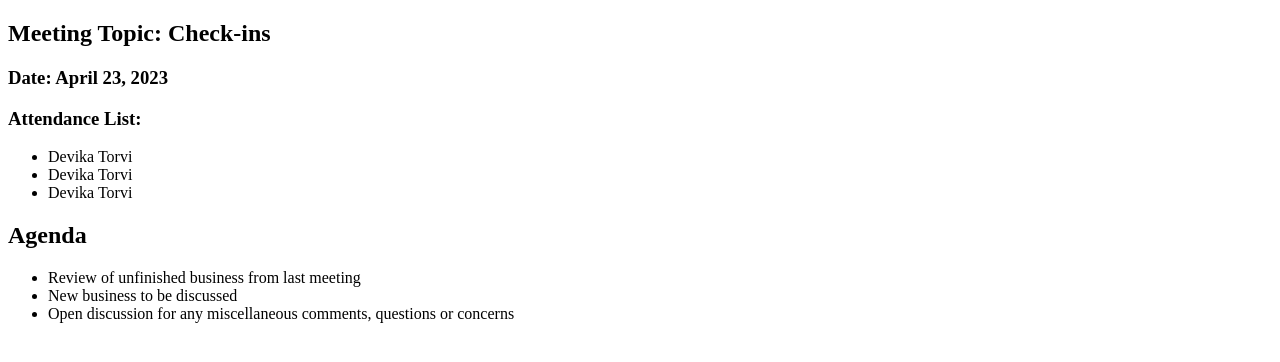
Repository: dtorvi/sp23-cse110-lab3
Page: index.html
These files come from the project's save history. The page is drawn as it stood at one moment and after the next save; the edit follows.
The browser window is 1280 px wide. The pictures show the whole page.

Above is the page before, as saved 2023-04-23 13:19:25.

After the next save:
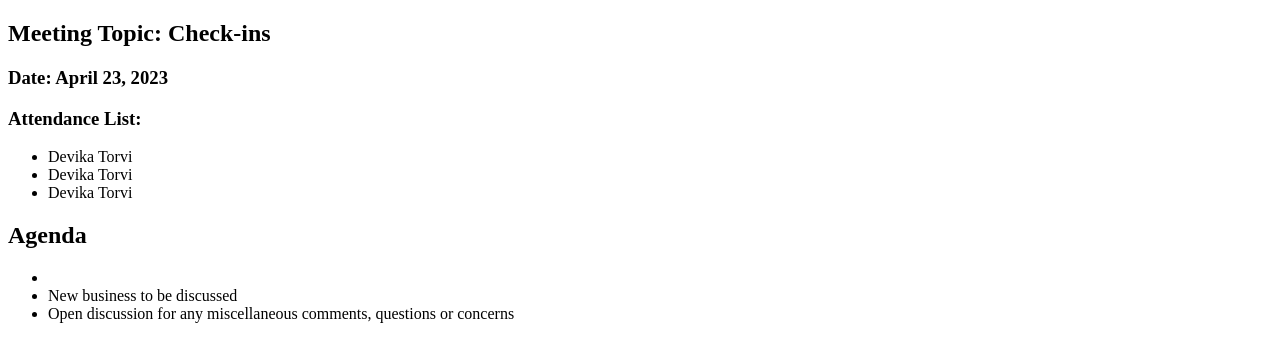
Saved 38 s later.
--- a/index.html
+++ b/index.html
@@ -15,7 +15,7 @@
         </ul>
         <h2>Agenda</h2>
         <ul>
-            <li>Review of unfinished business from last meeting</li>
+            <li></li>
             <li>New business to be discussed</li>
             <li>Open discussion for any miscellaneous comments, questions or concerns</li>
         </ul>
